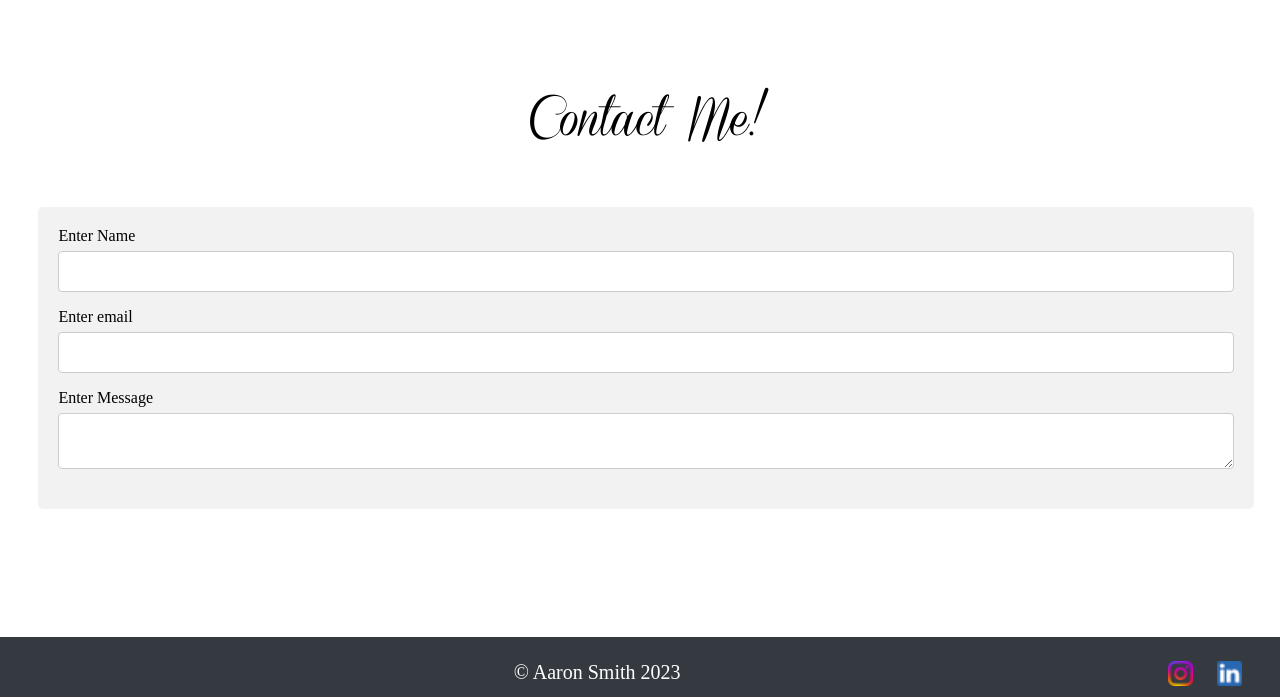
Repository: aaron1986/lab-04-201
Page: index.html
These files come from the project's save history. The page is drawn as it stood at one moment and after the next save; the edit follows.
The browser window is 1280 px wide. The pictures show the part of the page from y = 688 to 1553 px (the page is 1386 px tall before and 1553 px after).
A picture or video elsewhere on the page could not be fetched, so the positions and the page height are approximate.

Above is the page before, as saved 2023-09-21 11:38:17.

### index.html
<!DOCTYPE html>
<html lang="en">
<head>
    <meta charset="UTF-8">
    <meta name="viewport" content="width=device-width, initial-scale=1.0">
    <link rel="stylesheet" href="style.css">
    <script src="./app.js"></script>
    <title>About Me Page</title>
</head>
<body>

    <!-- header -->
    <header>

<nav>
    <img src="./img/logo.png" alt="Logo Image" class="nav-image">
    <ul>
        <li><a href="#home">Home</a></li>
        <li><a href="#about">About Me</a></li>
        <li><a href="#contact">Contact</a></li>
    </ul>
</nav>
    </header>

    <!-- main -->
    <main>
        <div class="container">
                <div class="about-heading" id="about">About Me!
                <div class="about-section">
                    <p class="about-text">
                        My love affair with designing started <br>
                         when I was a child using Deluxe Paint on the Amiga, <br>
                        I tried to design ‘Andy Warhol’ coke cans and the Guns N’ Roses <br>
                        band logo, while also making small animations. <br><br>
                        I started to write HTML and CSS code from books I borrowed from <br>
                        the local library, additionally, I was given the advice to learn to code <br>
                        instead of using Macromedia Dreamweaver and Adobe software to design my <br> webpages. <br><br>
                        Moreover, this led me to start training in the PHP language at Zend (I completed both level one and two),
                        I also started to learn front-end web development with the Coursera company.
                    </p>
                        <img src="./img/soup-can.jpg" alt="soup-can image" class="soup-image">
                </div> <!-- end of about section div -->
            </div> <!-- end of about heading div -->


            <!-- Image Galley and Movie Quiz. -->

            <div class="movie-heading">

            </div> <!-- end of movie-heading div tag -->





        <!-- Contact Form Section -->
        <div class="contact-heading" id="contact">Contact Me!</div>

        <div class="contact">
            <label for="FullName">Enter Name</label>
            <input type="text" id="fullName" name="fullName">


            <label for="email">Enter email</label>
            <input type="text" id="email" name="email">

            <label for="subject">Enter Message</label>
            <textarea id="subject" name="subject"></textarea>
        </div> <!-- end of contact-->

    </div> <!-- end of container div -->



    </main> <!-- end of main div -->

    <!-- footer -->
    <footer>

        <div class="container">
            <div class="footer-text">
                &copy; Aaron Smith 2023
                <a href="https://www.linkedin.com/in/aaron-smith-7bb11514b/" target="_blank"><img src="./img/linkedin_icon.png" alt="LinkedIn Image" class="linkedIn-img"></a>
                <a href="https://www.instagram.com/aaron_bruce_1986/"target="_blank"><img src="./img/instagram _icon.png" alt="Instagram Image" class="instagram-img"></a>
            </div> <!-- end of footer text -->


        </div>


    </footer>
    <script>validateName();</script>
    <script>validateEmail();</script>
    <script>subjectMessage();</script>
</body>

</html>

### style.css
html {

}

.container {
    margin-left: 3%;
    margin-right: 2%;
}

body {
height: 100vh;
margin:0;
}

header {
    background-color: #343a40;
    max-width: 100%;
    height: 60px;

}

.nav-image {
    width: 35px;
    height: 35px;
    margin-top: 1%;
    margin-left: 3%;
}

ul {
    margin-right: 1%;
    display: flex;
    justify-content: end;
    margin-top: -4%;
}

li {
list-style: none;
margin-top: -1%;
padding: 2%;
}

li > a {
    color: white;
    text-decoration: none;
    font-family: "nav-text";
    font-size: 32px;
}

li > a:hover {
    color: red;
}

/* Main Section */

.about-section {
    display: flex;
    justify-content: space-between;
}

.about-heading {
    font-family: "about-heading-text";
font-size: 45px;
margin-top: 5%;
color: #343a40;
}

.about-text {
    font-family: "about-text";
    font-size: 25px;
    margin-top: 5%;
}

img.soup-image {
    width: 300px;
    height: 300px;
    display: flex;
}

img.soup-image:hover {
	-webkit-filter: grayscale(100%) blur(3px);
	filter: grayscale(100%) blur(3px);
}

/* Contact */
.contact-heading, .movie-heading {
    margin-top: 10%;
    text-align: center;
    font-family: "about-heading-text";
    font-size: 45px;
}


/* Style inputs with type="text", select elements and textareas */
input[type=text], textarea {
    width: 100%; /* Full width */
    padding: 12px; /* Some padding */
    border: 1px solid #ccc; /* Gray border */
    border-radius: 4px; /* Rounded borders */
    box-sizing: border-box; /* Make sure that padding and width stays in place */
    margin-top: 6px; /* Add a top margin */
    margin-bottom: 16px; /* Bottom margin */
    resize: vertical /* Allow the user to vertically resize the textarea (not horizontally) */
  }

  input[type=submit] {
    background-color: #04AA6D;
    color: white;
    padding: 12px 20px;
    border: none;
    border-radius: 4px;
    cursor: pointer;
  }

  /* When moving the mouse over the submit button, add a darker green color */
input[type=submit]:hover {
    background-color: #45a049;
  }

  /* Add a background color and some padding around the form */
  .contact {
    border-radius: 5px;
    background-color: #f2f2f2;
    padding: 20px;
    margin-top:5%;
  }


  /* footer */
footer {
    background-color: #343a40;
    max-width: 100%;
    height: 60px;
    margin-top: 10%;
}

.footer-text {
    text-align: center;
    color: white;
    font-size: 20px;
    padding-top: 2%;
}

.linkedIn-img, .instagram-img {
    float: right;
padding: 1%;
height: 25px;
margin-top: -1%;
}

/* fonts */
@font-face {
    font-family: "nav-text";
    src: url(./fonts/nav.ttf);
}

@font-face {
    font-family: "about-heading-text";
    src: url(./fonts/about-me.ttf);
}

@font-face {
    font-family: "about-text";
    src: url(./fonts/about-text.ttf);
}

/* Media Queries*/
@media screen and (min-width: 1644px) {
    .contact {
        margin-bottom: 10%;
    }

    footer {
        bottom: 0;
        position: fixed;
        width: 100%;
    }
  }

### app.js
//Contact
function validateName() {

    const name = document.getElementById("fullName").value;

    if(name.length <= 1 || name.length >= 30) {
        console.log("Name is Required!");
        return false;
    }

    console.log("The name validation works!");
    return true;

    } //End of validateName function


    function validateEmail() {

        const email = document.getElementById("email").value;

        if(!email.match(/^[A-Za-z\._\-[0-9]*[@][A-Za-z]*[\.][a-z]{2,4}$/)) {
            console.log("email is invalid!");
            return false;
        }

        console.log("The email validation works!");
        return true;


    } //End of validateEmail function


    function subjectMessage() {
        const subject = document.getElementById("subject").value;

        if(subject.length < 10 || subject.length > 50) {
            console.log("Subject must contain between 10 and 50 letters");
            return false;
        }

        console.log("The subject validation works!");
        return true;

    } // End of subjectMessage function

After the next save:
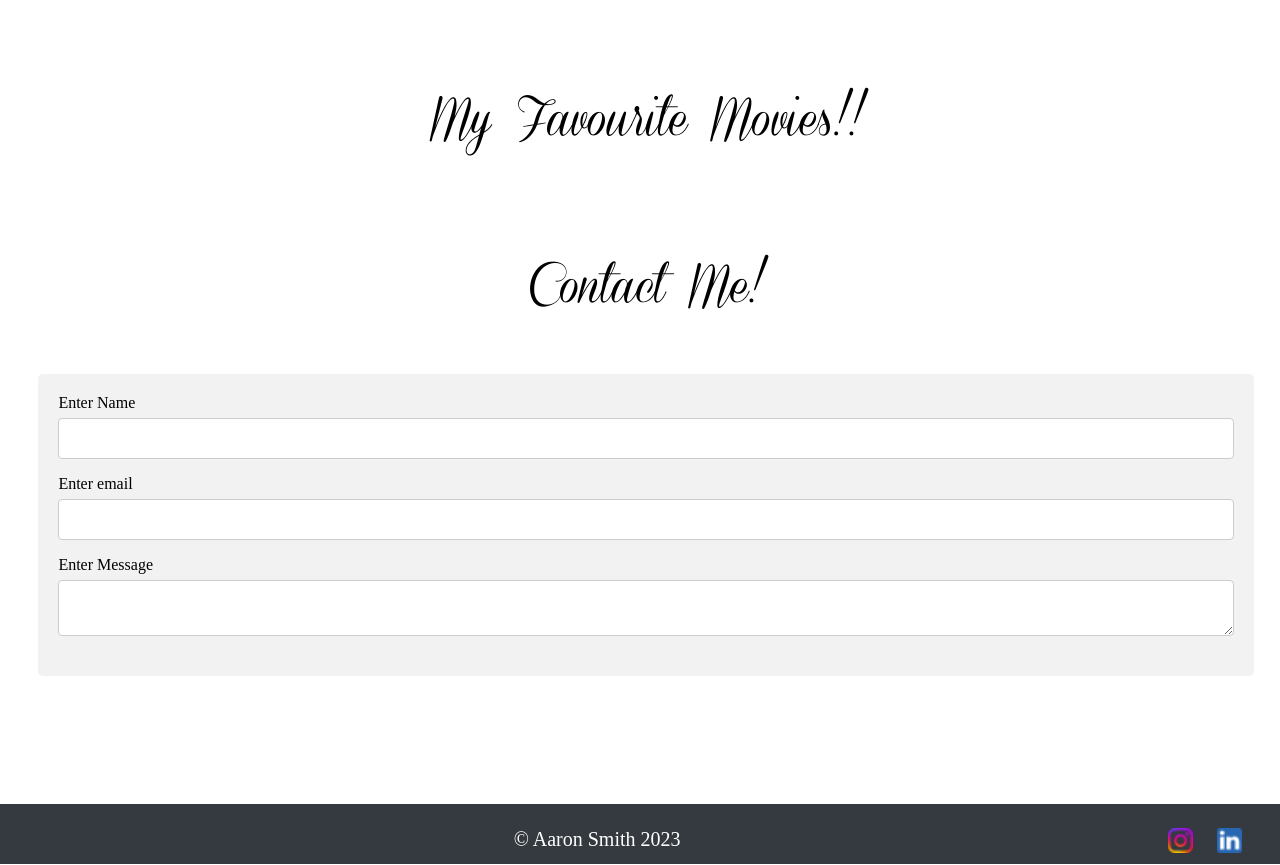
Saved 68 s later.
--- a/index.html
+++ b/index.html
@@ -45,9 +45,7 @@
 
             <!-- Image Galley and Movie Quiz. -->
 
-            <div class="movie-heading">
-
-            </div> <!-- end of movie-heading div tag -->
+            <div class="movie-heading">My Favourite Movies!!</div>
 
 
 
